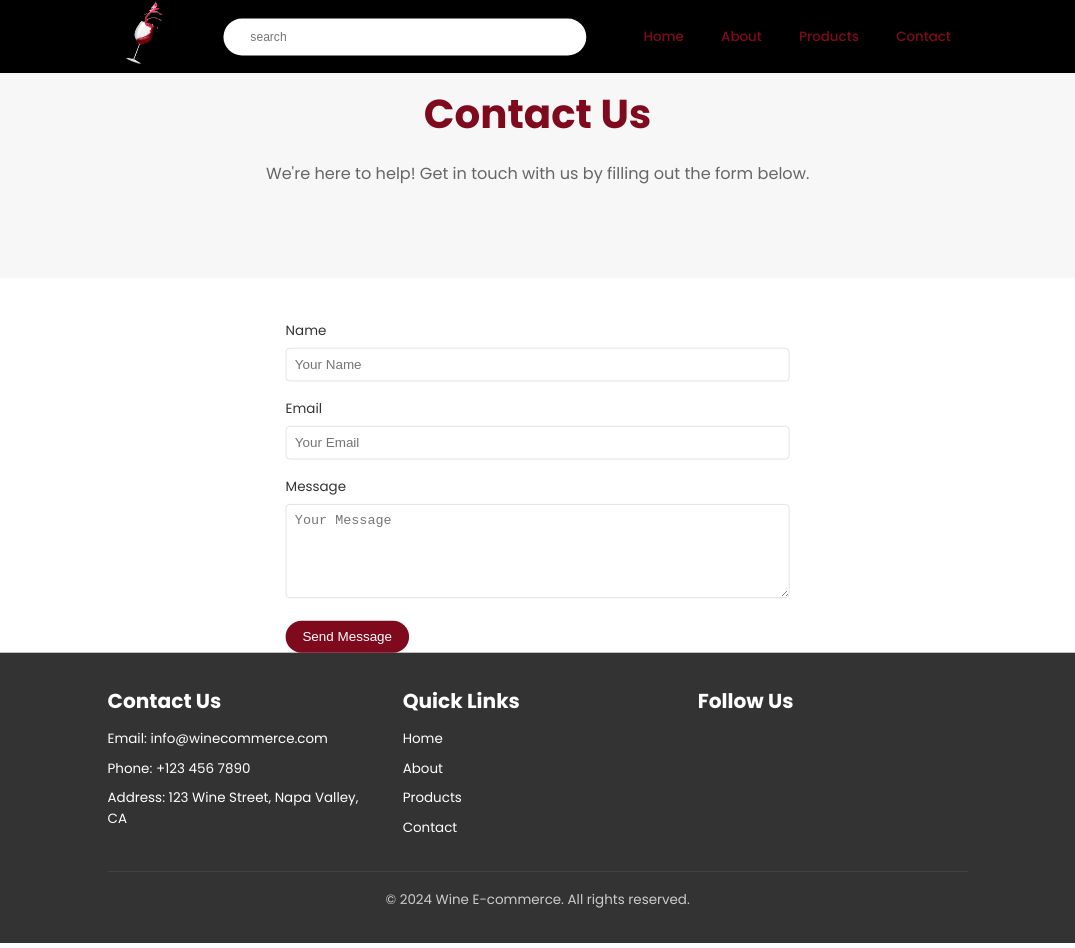
Repository: vncntxl/assesment3
Page: contact.html
The author's editor kept a copy of each file at every save. The page is drawn from the files as they stood at one save, then again after the next save.
The browser window is 1280 px wide. The pictures show the whole page, at 84% of full size.

Above is the page before, as saved 2024-08-22 13:29:37.

After the next save:
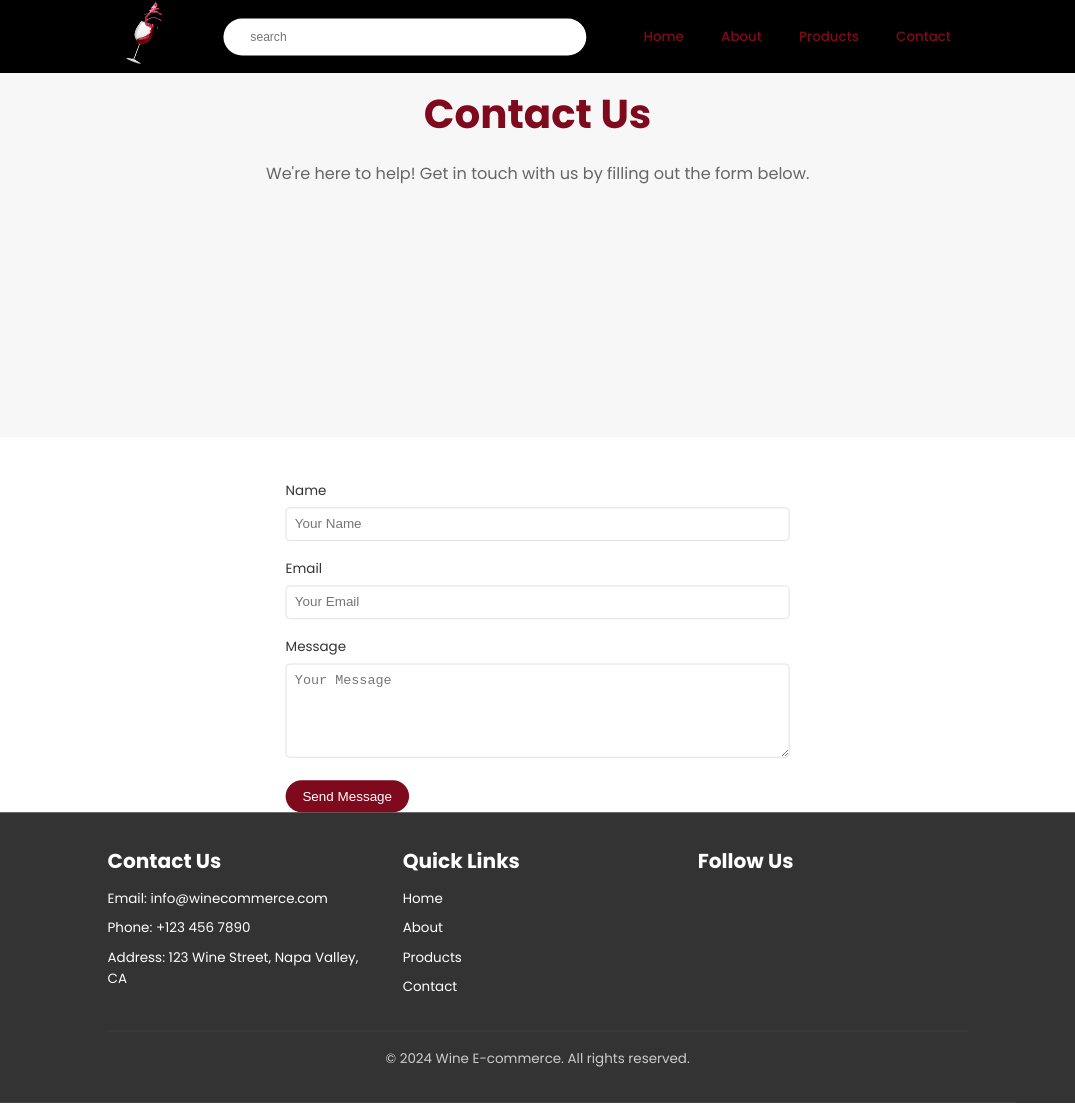
Saved 5 s later.
--- a/styles.css
+++ b/styles.css
@@ -404,7 +404,7 @@ nav li a {
     font-size: 1.2rem;
     max-width: 700px;
     margin: 0 auto;
-    margin-bottom: 10px;
+    margin-bottom: 200px;
     color: #666;
 }
 
